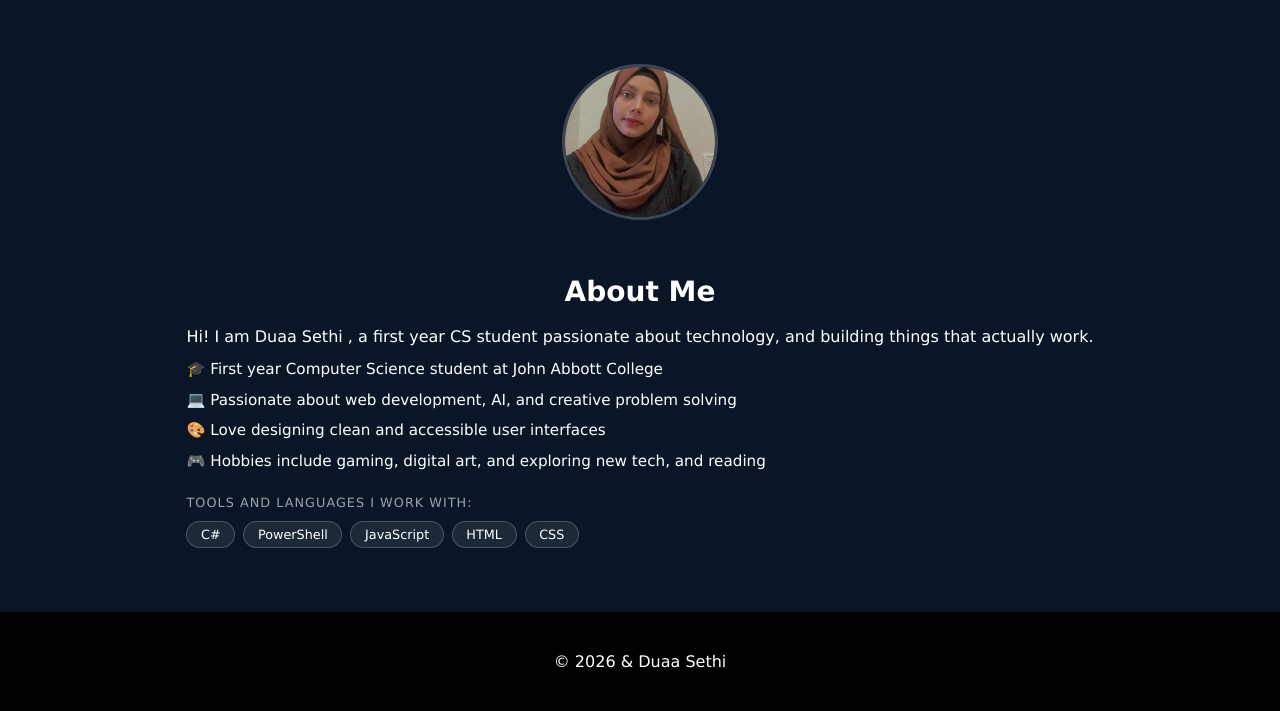
Repository: Duaa-Sethi/Duaa-Sethi
Page: index.html
These files come from the project's save history. The page is drawn as it stood at one moment and after the next save; the edit follows.
The browser window is 1280 px wide. The pictures show the part of the page from y = 835 to 1546 px (the page is 1546 px tall before and 1523 px after).
Some web fonts or font styles are not loaded; a fallback is used.

Above is the page before, as saved 2026-05-02 15:05:25.

After the next save:
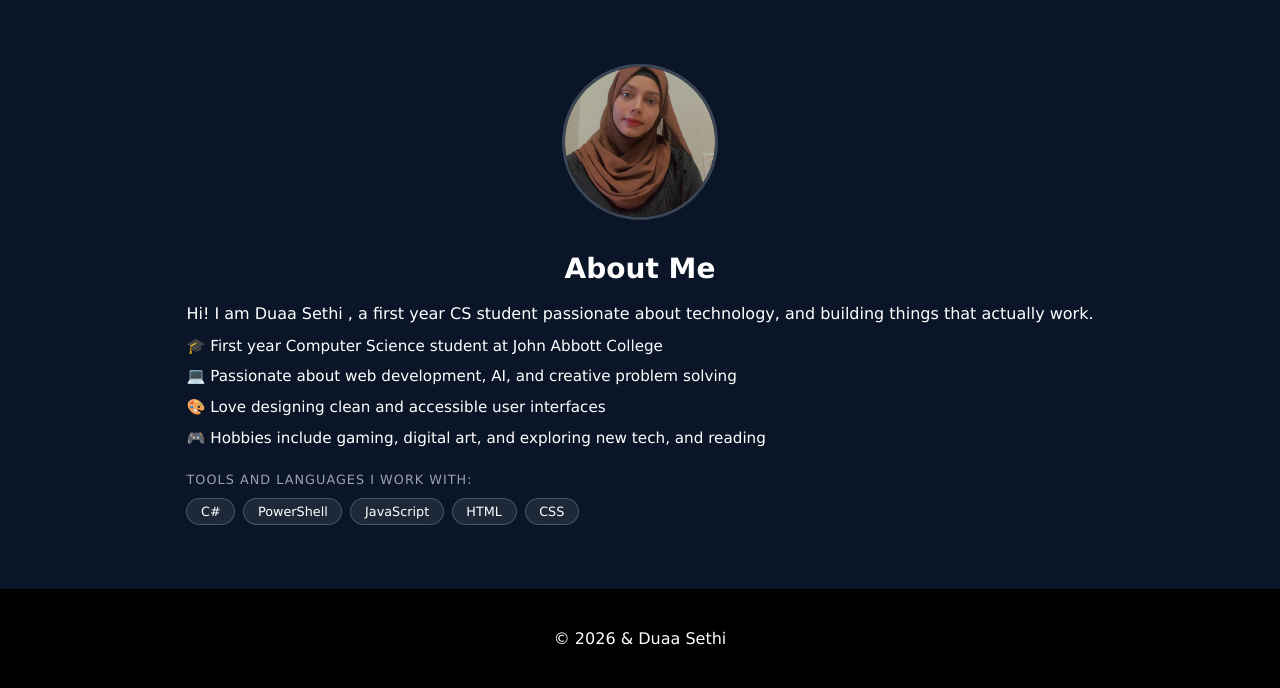
Saved 39 s later.
--- a/styles/globals.css
+++ b/styles/globals.css
@@ -20,7 +20,10 @@ a {
   text-decoration: none;
   color: white;
 }
-
+h2,
+h3 {
+  margin: 0;
+}
 a:hover {
   text-decoration: underline;
 }
